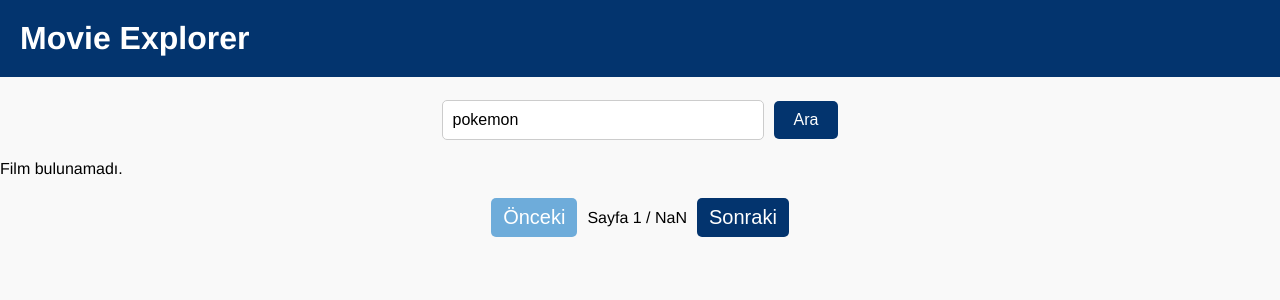
Repository: denizdizi/movie-explorer
Page: /
The author's editor kept a copy of each file at every save. The page is drawn from the files as they stood at one save, then again after a run of saves.
The browser window is 1280 px wide. The pictures show the whole page.
The page's requests for data from a server got no answer. The project was rebuilt for these pictures with package versions that can differ from the ones it lists, and the page was loaded fresh each time. No one was signed in, and anything a server would have sent is missing. Also part of the build but not shown: src/App.css, src/components/MovieCard.js.

Above is the page before, as saved 2025-03-28 22:25:05.

After the next 5 saves:
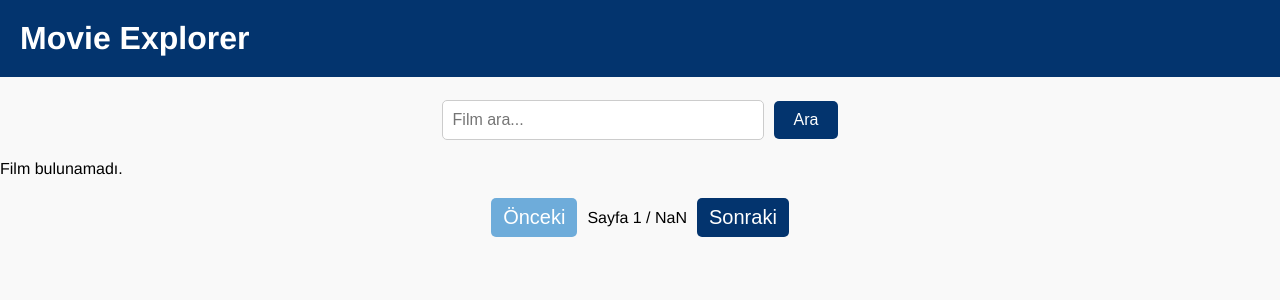
The 5 saves are shown as one change because 4 did not build or start.
The last was saved 6 min 7 s later.
--- a/src/components/SearchBar.js
+++ b/src/components/SearchBar.js
@@ -1,16 +1,15 @@
-import React, { useState } from "react";
+import React from "react";
 import { useDispatch } from "react-redux";
 import { fetchMovies } from "../store/actions";
 
 const SearchBar = () => {
-  const [query, setQuery] = useState("pokemon");
   const dispatch = useDispatch();
 
   const handleSearch = (e) => {
-    e.preventDefault();
-    if (query.trim() !== "") {
-      dispatch(fetchMovies(query, 1));
-    }
+    // e.preventDefault();
+    // if (query.trim() !== "") {
+    //   dispatch(fetchMovies(query, 1));
+    // }
   };
 
   return (
@@ -19,11 +18,10 @@ const SearchBar = () => {
         <input
           type="text"
           placeholder="Film ara..."
-          value={query}
           className="search-input"
         />
       </div>
-      <button type="submit" className="search-btn" onClick={handleSearch}>
+      <button type="submit" className="search-btn">
         Ara
       </button>
     </form>
--- a/src/utils/api.js
+++ b/src/utils/api.js
@@ -3,12 +3,14 @@ import axios from "axios";
 const API_KEY = "df54e6ed";
 const BASE_URL = "https://www.omdbapi.com/";
 
-export const searchMovies = async (text = "pokemon", page = 1) => {
+export const searchMovies = async (text = "pokemon", year, type, page = 1) => {
   try {
     const response = await axios.get(BASE_URL, {
       params: {
         apikey: API_KEY,
         s: text,
+        y: year,
+        type: type,
         page: page,
       },
     });
